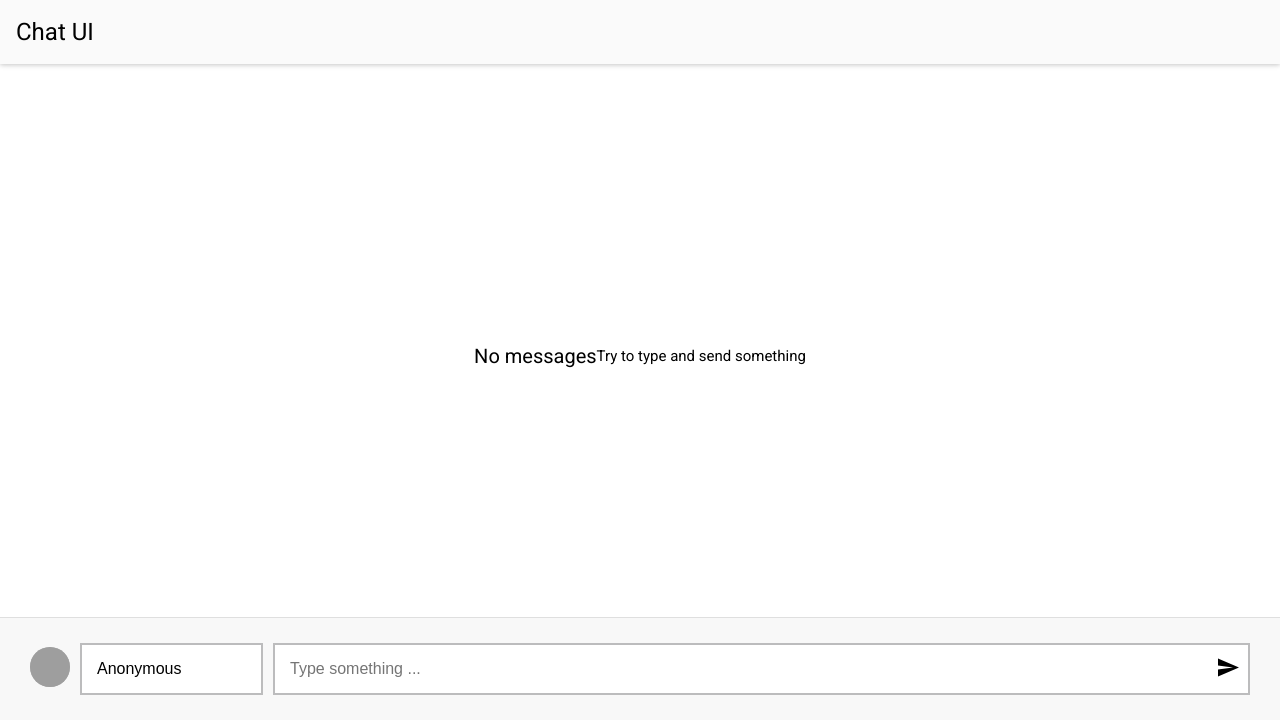
Repository: Faradey27/chat-ui
Page: /
These files come from the project's save history. The page is drawn as it stood at one moment and after the next save; the edit follows.
The browser window is 1280 px wide. The pictures show the whole page.
Pictures or frames that could not be fetched are drawn as grey boxes. The page's requests for data from a server got no answer. The project was rebuilt for these pictures with package versions that can differ from the ones it lists, and the page was loaded fresh each time. No one was signed in, and anything a server would have sent is missing. Also part of the build but not shown: src/components/MessageUsername/MessageUsername.js, src/components/MessageUsername/index.js, src/components/MessageText/MessageText.js, src/components/MessageText/index.js, src/components/MessageDate/MessageDate.js, src/components/MessageDate/index.js, src/components/Message/Message.js.

Above is the page before, as saved 2018-03-03 23:53:51.

After the next save:
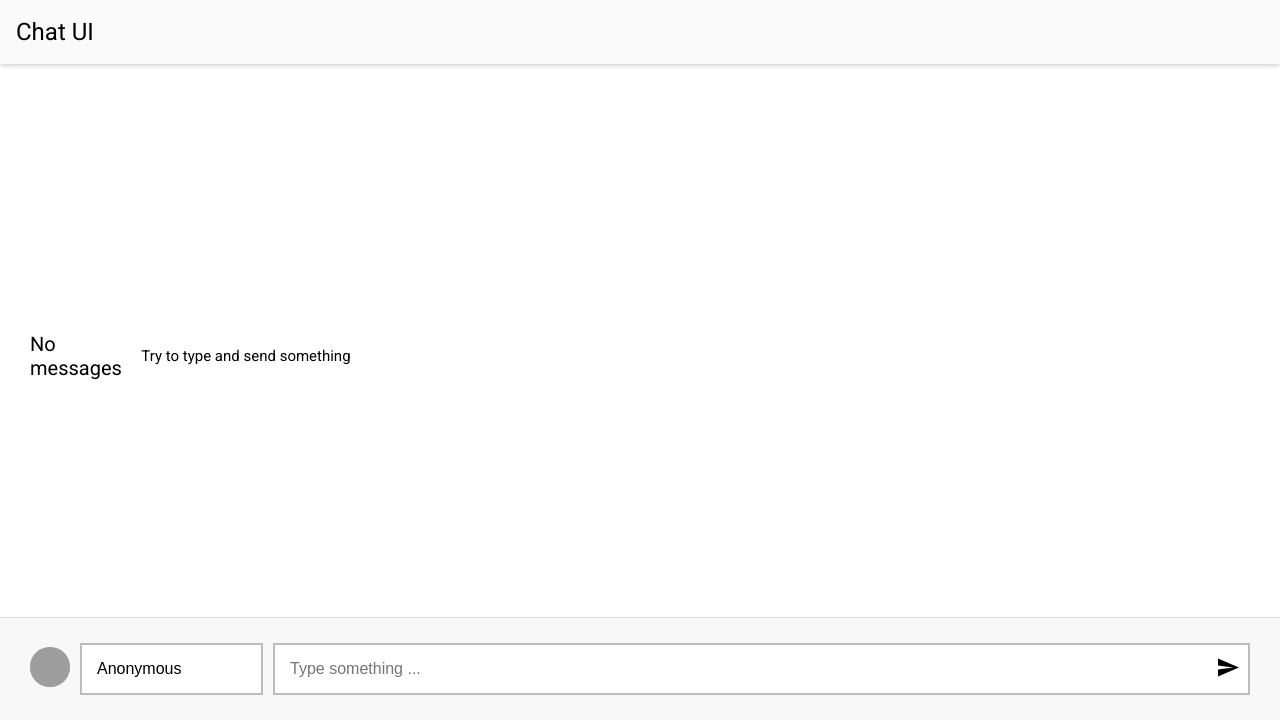
Saved 4 s later.
--- a/src/containers/MessageListArea/MessageListAreaView.js
+++ b/src/containers/MessageListArea/MessageListAreaView.js
@@ -25,7 +25,7 @@ const emptyStyle = css`
 
 const emptyMessageStyle = css`
   font-size: 15px;
-  width: '100%';
+  width: 100%;
 `;
 
 class MessageListAreaView extends React.Component {
